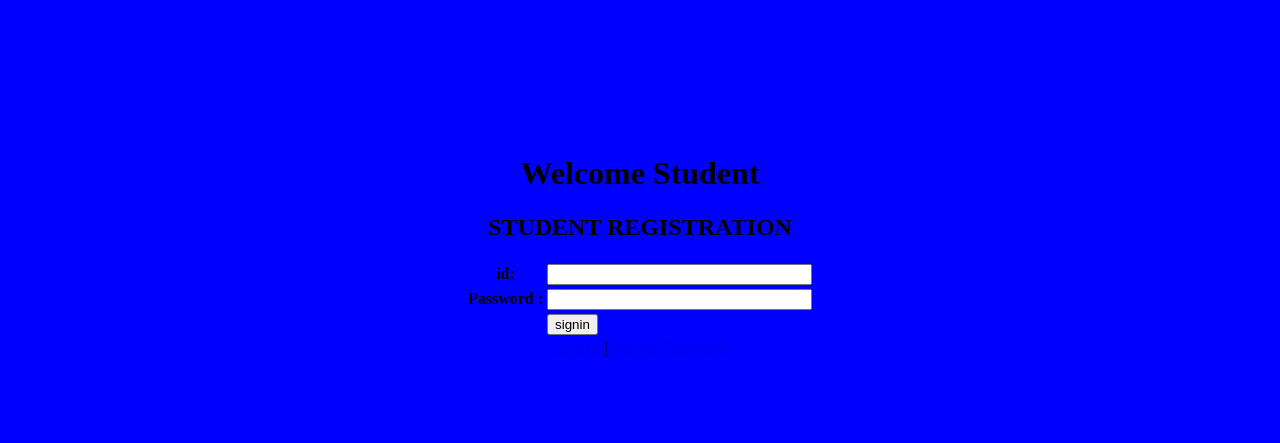
Repository: sachinmandloi1921/AdvanceJava
Page: http://localhost/Advance_Maven/logout.jsp
These files come from the project's save history. The page is drawn as it stood at one moment and after the next save; the edit follows.
The browser window is 1280 px wide. The pictures show the whole page.
The page is served by Tomcat 9.

Above is the page before, as saved 2022-07-14 10:13:55.

After the next save:
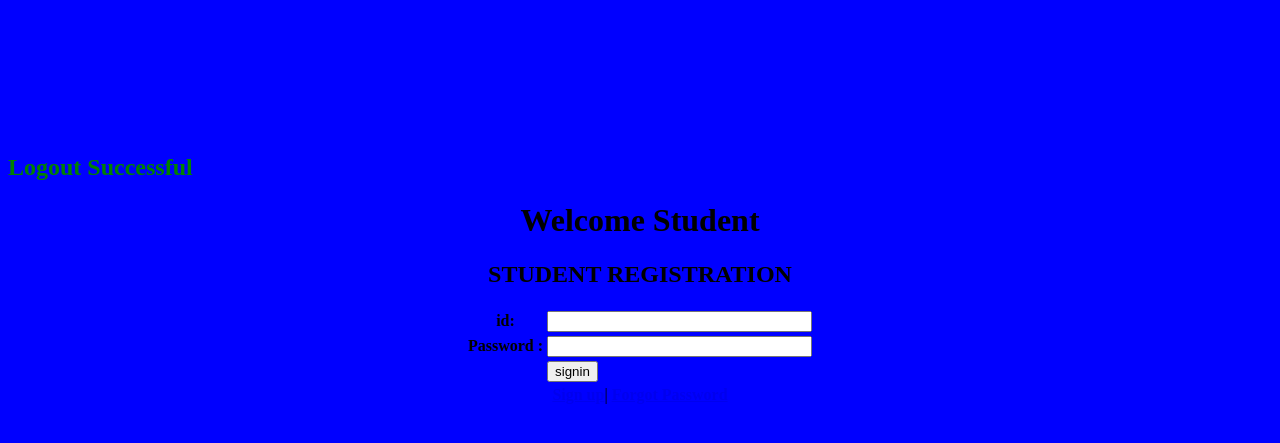
Saved 3 min 37 s later.
--- a/Advance Workspace/Advance_Maven/src/main/webapp/loginview.jsp
+++ b/Advance Workspace/Advance_Maven/src/main/webapp/loginview.jsp
@@ -7,7 +7,7 @@
 <meta charset="ISO-8859-1">
 <title>Insert title here</title>
 </head>
-<body style="background-color:blue">
+<body style="background-color: blue">
 	<form action="loginctrl" method="post">
 		<br> <br> <br> <br> <br> <br> <br>
 		<%
@@ -17,6 +17,17 @@
 			if (s != null) {
 		%>
 		<h1 style="color: red"><%=s%></h1>
+		<%
+			}
+		%>
+
+		<%
+			String logout = (String) request.getAttribute("logout");
+			if (logout != null) {
+		%>
+		<h2>
+			<font color="green"><%=logout%></font>
+		</h2>
 		<%
 			}
 		%>
